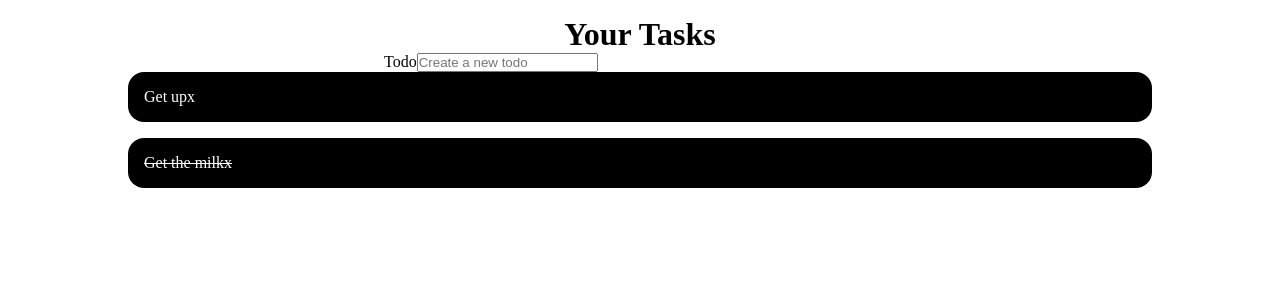
Repository: Heeeeeppo/todo-list
Page: / (app in frontend/)
An editor plug-in stored every save of this project. The page is shown before and after the next save, followed by the edit.
The browser window is 1280 px wide. The pictures show the whole page.
The project was rebuilt for these pictures with package versions that can differ from the ones it lists, and the page was loaded fresh each time.

Above is the page before, as saved 2023-11-07 19:33:48.

After the next save:
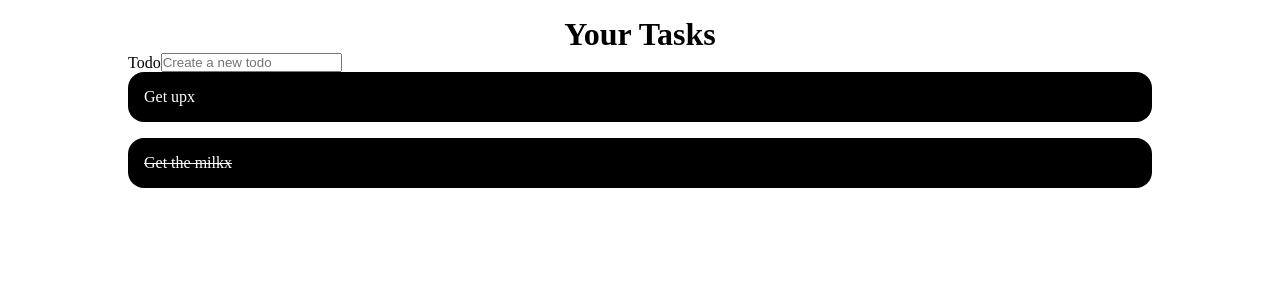
Saved 8 s later.
--- a/frontend/src/index.css
+++ b/frontend/src/index.css
@@ -16,7 +16,8 @@ h1 {
 .inputField {
   display: flex;
   width: 50%;
-  margin: auto;
+  /* margin: auto; */
+  align-items: center;
 }
 
 .todo {
